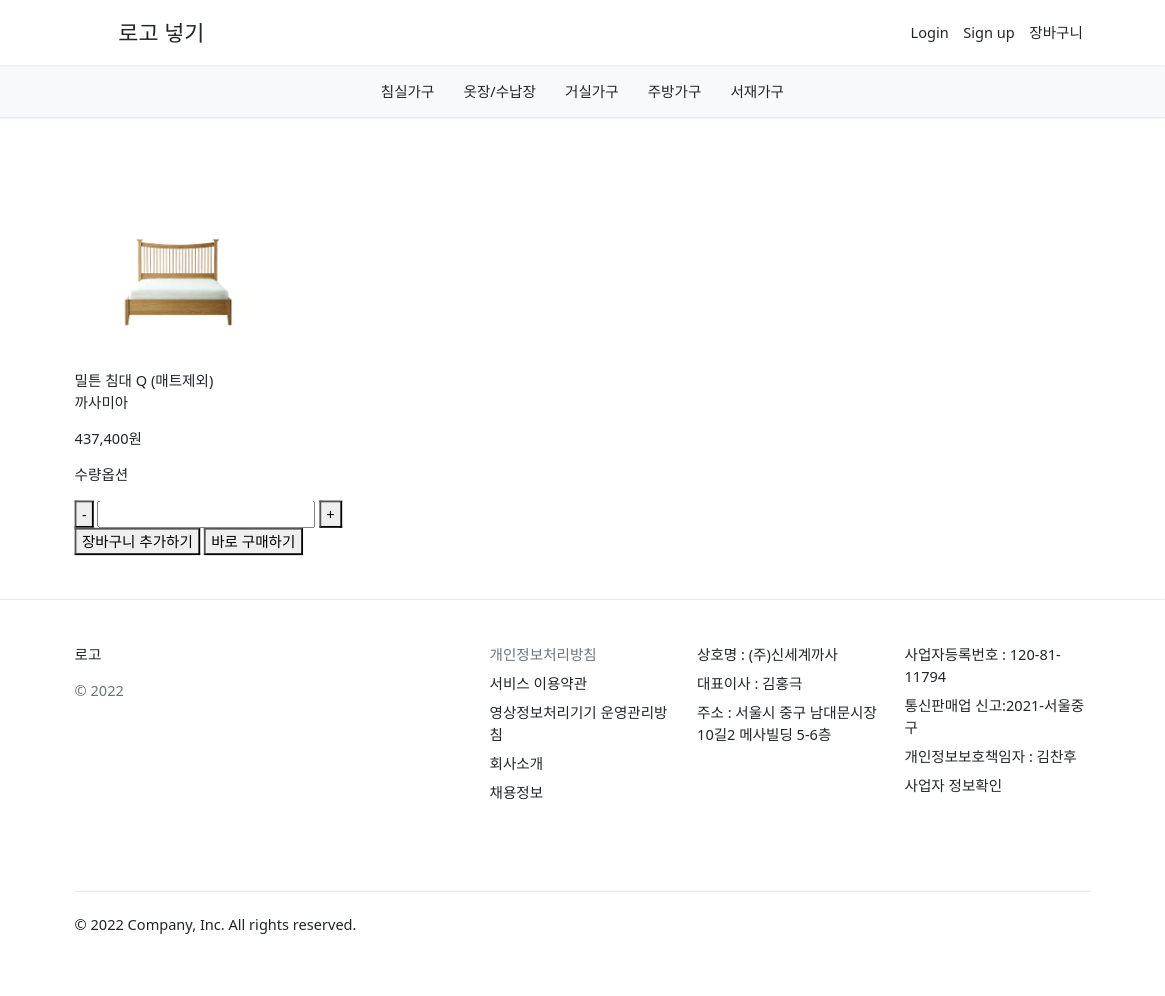
Repository: raoniee/Elice-House-Project
Page: FE/views/pages/main/item-detail-page.html
These files come from the project's save history. The page is drawn as it stood at one moment and after the next save; the edit follows.
The browser window is 1280 px wide. The pictures show the whole page, at 91% of full size.

Above is the page before, as saved 2023-07-06 14:55:41.

After the next save:
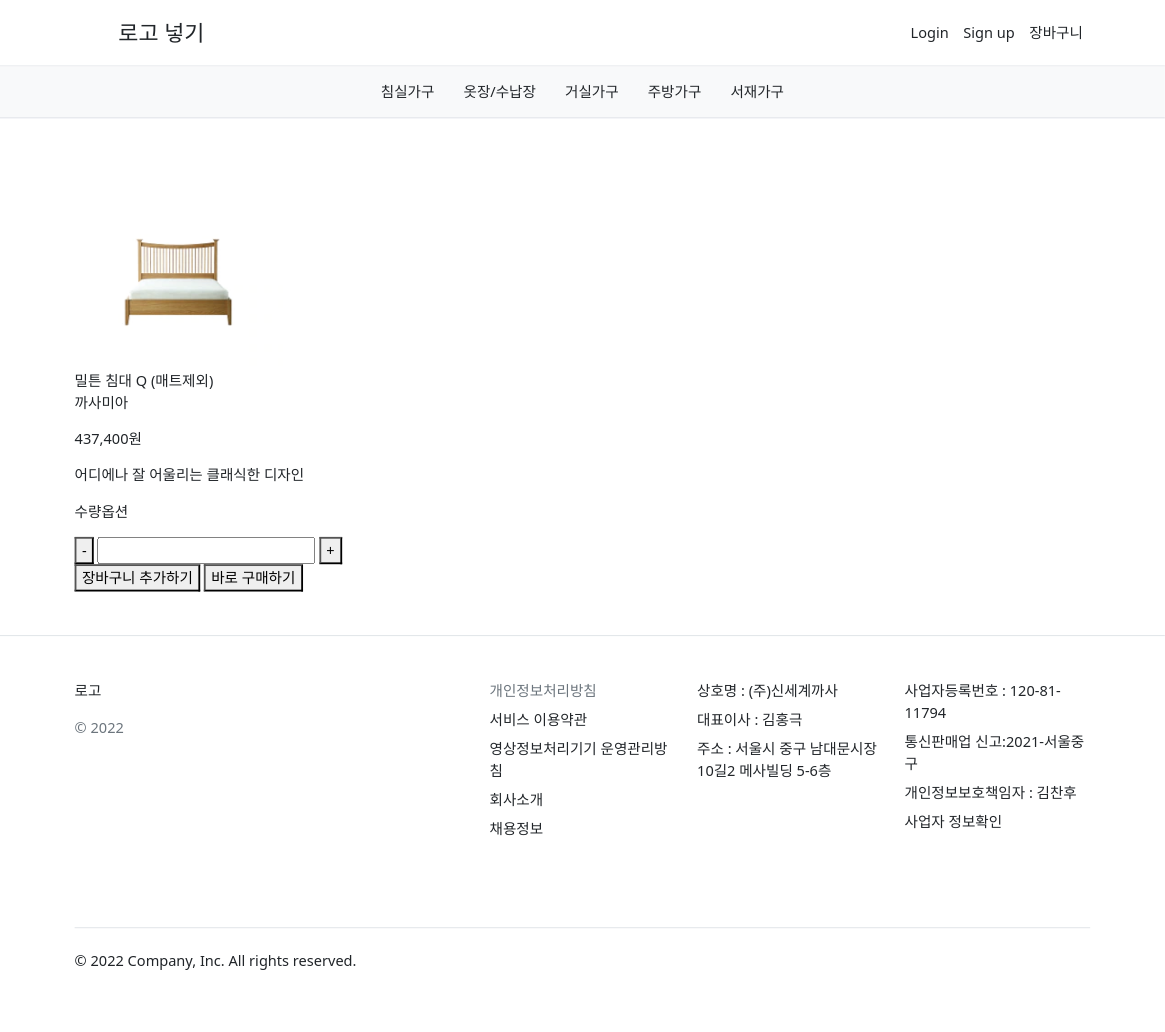
Saved 106 s later.
--- a/FE/views/pages/main/item-detail-page.html
+++ b/FE/views/pages/main/item-detail-page.html
@@ -54,13 +54,12 @@
             <span class="item_detail_name">밀튼 침대 Q (매트제외)</span>
             <p class="item_detail_brand">까사미아</p>
             <p class="item_detail_price">437,400원</p>
-            <div class="item_detail_option">
-              <div class="item_detail_quantity">
-                <p>수량옵션</p>
-                <button id="minus">-</button>
-                <input type="number" />
-                <button id="plus">+</button>
-              </div>
+            <p class="item_detail_desc">어디에나 잘 어울리는 클래식한 디자인</p>
+            <div class="item_detail_quantity">
+              <p>수량옵션</p>
+              <button id="minus">-</button>
+              <input type="number" />
+              <button id="plus">+</button>
             </div>
             <div class="item_detail_">
               <button>장바구니 추가하기</button>
